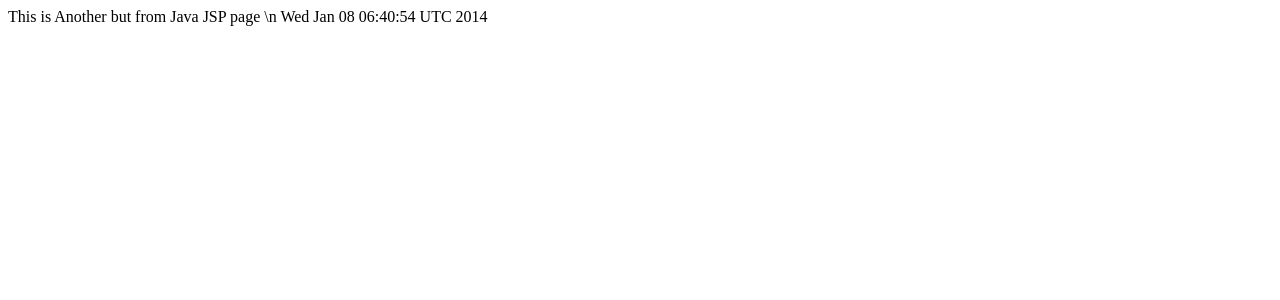
Repository: kotak86/ServaletAndJSP
Page: http://localhost/JavaEEWorld/HelloJSP.jsp
These files come from the project's save history. The page is drawn as it stood at one moment and after the next save; the edit follows.
The browser window is 1280 px wide. The pictures show the whole page.
The page is served by Tomcat 9.

Above is the page before, as saved 2014-01-08 09:05:01.

After the next save:
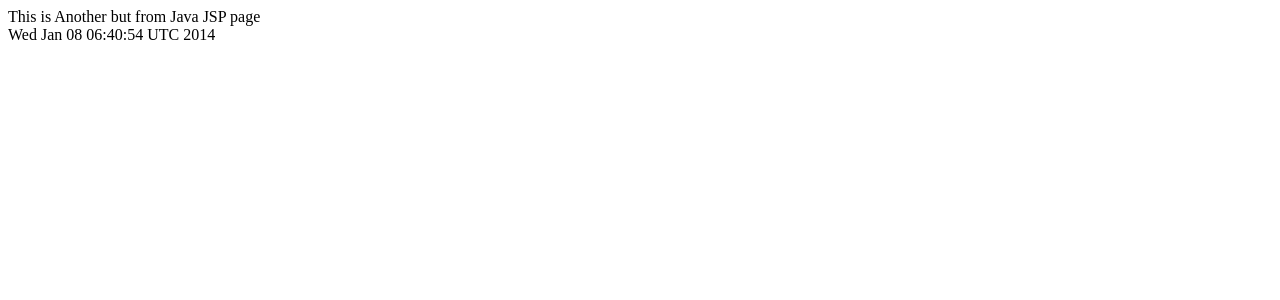
Saved 13 s later.
--- a/JavaEEWorld/WebContent/HelloJSP.jsp
+++ b/JavaEEWorld/WebContent/HelloJSP.jsp
@@ -8,7 +8,7 @@
 <title>Insert title here</title>
 </head>
 <body>
-This is Another but from Java JSP page \n
+This is Another but from Java JSP page <br>
 </body>
 </html>
 
